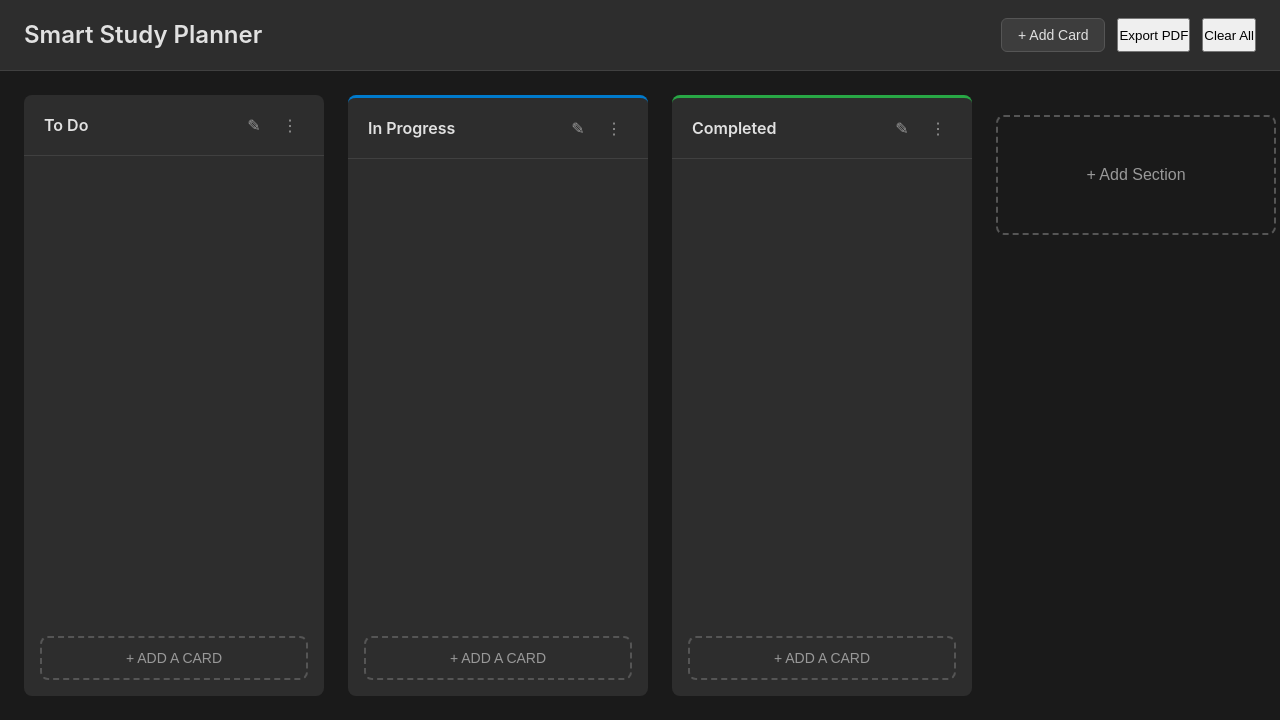
Repository: P7XCKD/edunetwebdev
Page: index.html
An editor plug-in stored every save of this project. The page is shown before and after the next save, followed by the edit.
The browser window is 1280 px wide. The pictures show the whole page.

Above is the page before, as saved 2025-09-10 18:04:26.

After the next save:
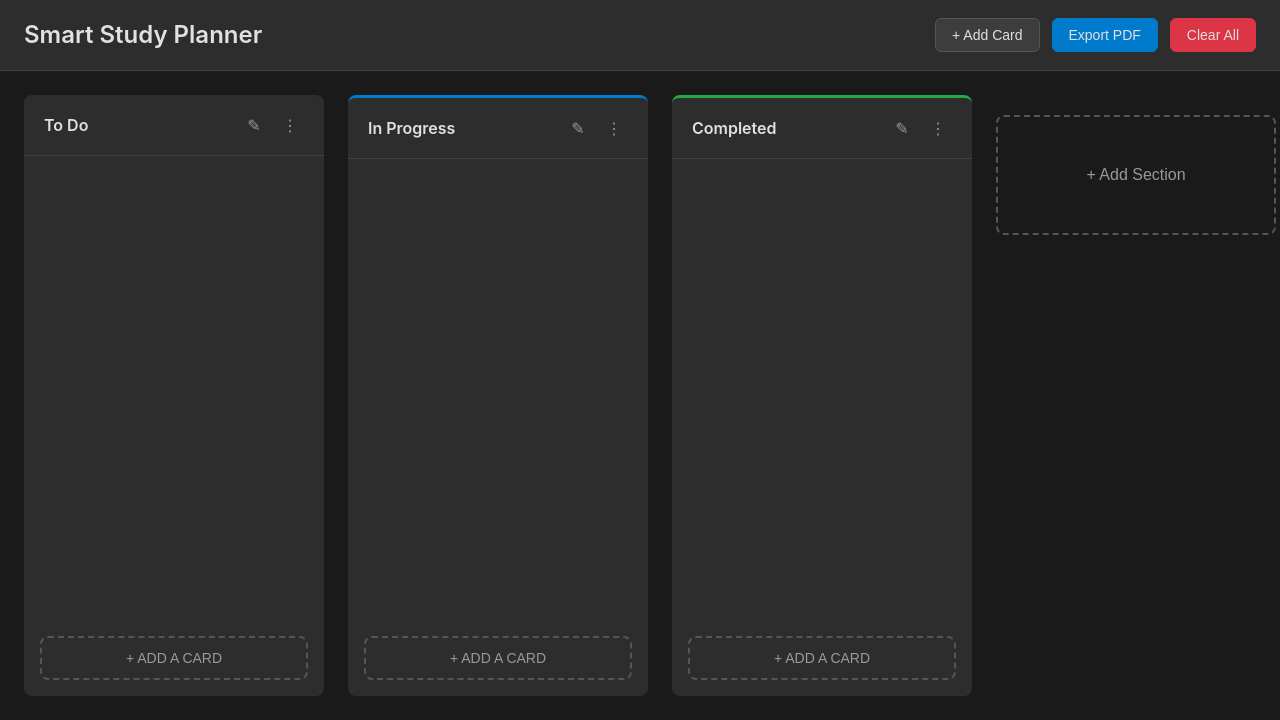
Saved 10 s later.
--- a/style.css
+++ b/style.css
@@ -39,7 +39,7 @@ body {
     gap: 12px;
 }
 
-.add-card-btn, .stats-btn {
+.add-card-btn, .stats-btn, .export-pdf-btn, .clear-all-btn {
     background-color: #3d3d3d;
     color: #e1e1e1;
     border: 1px solid #555;
@@ -50,8 +50,26 @@ body {
     transition: background-color 0.2s;
 }
 
-.add-card-btn:hover, .stats-btn:hover {
+.add-card-btn:hover, .stats-btn:hover, .export-pdf-btn:hover, .clear-all-btn:hover {
     background-color: #4d4d4d;
+}
+
+.export-pdf-btn {
+    background-color: #007acc;
+    border-color: #007acc;
+}
+
+.export-pdf-btn:hover {
+    background-color: #0066a3;
+}
+
+.clear-all-btn {
+    background-color: #dc3545;
+    border-color: #dc3545;
+}
+
+.clear-all-btn:hover {
+    background-color: #c82333;
 }
 
 /* Kanban Board */
